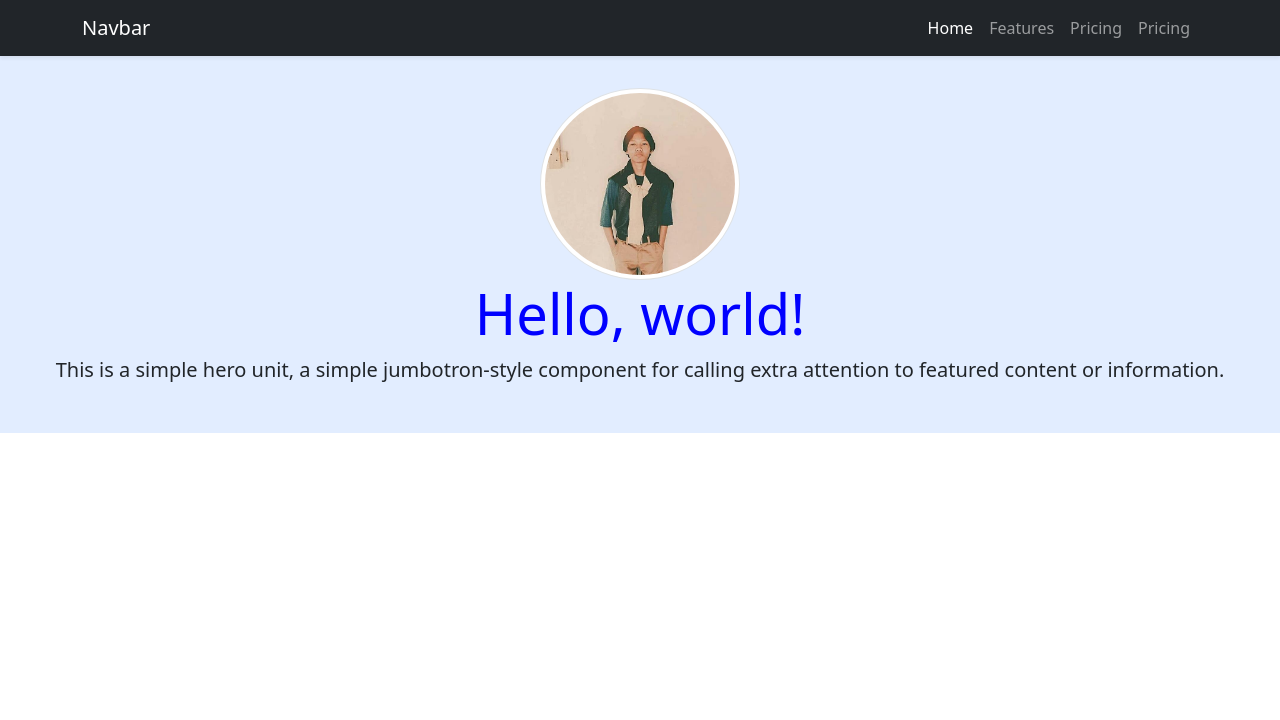
Repository: Novemberdad/gemilangtech.github.io
Page: index.html
An editor plug-in stored every save of this project. The page is shown before and after the next save, followed by the edit.
The browser window is 1280 px wide. The pictures show the whole page.

Above is the page before, as saved 2021-07-20 23:36:41.

### index.html
<!DOCTYPE html>
<html lang="en">

<head>
    <!-- Required meta tags -->
    <meta charset="utf-8" />
    <meta name="viewport" content="width=device-width, initial-scale=1" />

    <!-- Bootstrap CSS -->
    <link href="https://cdn.jsdelivr.net/npm/bootstrap@5.0.2/dist/css/bootstrap.min.css" rel="stylesheet" integrity="sha384-EVSTQN3/azprG1Anm3QDgpJLIm9Nao0Yz1ztcQTwFspd3yD65VohhpuuCOmLASjC" crossorigin="anonymous" />

    <!--My CSS-->
    <link rel="stylesheet" href="style.css" />
    <title>My Portofoliio</title>
    <style>
        h1 {
            text-align: center;
            color: blue;
        }
    </style>
</head>

<body>
    <!--NAVBAR-->
    <nav class="navbar navbar-expand-lg navbar-dark bg-dark shadow-sm">
        <div class="container">
            <a class="navbar-brand" href="#">Navbar</a>
            <button class="navbar-toggler" type="button" data-bs-toggle="collapse" data-bs-target="#navbarNav" aria-controls="navbarNav" aria-expanded="false" aria-label="Toggle navigation">
          <span class="navbar-toggler-icon"></span>
        </button>
            <div class="collapse navbar-collapse" id="navbarNav">
                <ul class="navbar-nav ms-auto">
                    <li class="nav-item">
                        <a class="nav-link active" aria-current="page" href="#">Home</a>
                    </li>
                    <li class="nav-item">
                        <a class="nav-link" href="#">Features</a>
                    </li>
                    <li class="nav-item">
                        <a class="nav-link" href="#">Pricing</a>
                    </li>
                    <li class="nav-item">
                        <a class="nav-link" href="#">Pricing</a>
                    </li>
                </ul>
            </div>
        </div>
    </nav>
    <!--AKHIR NAVBAR-->

    <!--jumbortron-->
    <section class="jumbotron text-center">
        <img src="image/logo.jpg" alt="logo" width="200" class="rounded-circle img-thumbnail" />
        <h1 class="display-4">Hello, world!</h1>
        <p class="lead">This is a simple hero unit, a simple jumbotron-style component for calling extra attention to featured content or information.</p>
    </section>
    <!--akhir jumbotron-->
    <script src="https://cdn.jsdelivr.net/npm/bootstrap@5.0.2/dist/js/bootstrap.bundle.min.js" integrity="sha384-MrcW6ZMFYlzcLA8Nl+NtUVF0sA7MsXsP1UyJoMp4YLEuNSfAP+JcXn/tWtIaxVXM" crossorigin="anonymous"></script>

    <!-- Option 2: Separate Popper and Bootstrap JS -->
    <!--
    <script src="https://cdn.jsdelivr.net/npm/@popperjs/core@2.9.2/dist/umd/popper.min.js" integrity="sha384-IQsoLXl5PILFhosVNubq5LC7Qb9DXgDA9i+tQ8Zj3iwWAwPtgFTxbJ8NT4GN1R8p" crossorigin="anonymous"></script>
    <script src="https://cdn.jsdelivr.net/npm/bootstrap@5.0.2/dist/js/bootstrap.min.js" integrity="sha384-cVKIPhGWiC2Al4u+LWgxfKTRIcfu0JTxR+EQDz/bgldoEyl4H0zUF0QKbrJ0EcQF" crossorigin="anonymous"></script>
    -->
</body>

</html>

### style.css
.jumbotron {
    padding: 2rem 1rem;
    background-color: #e2edff;
}

After the next save:
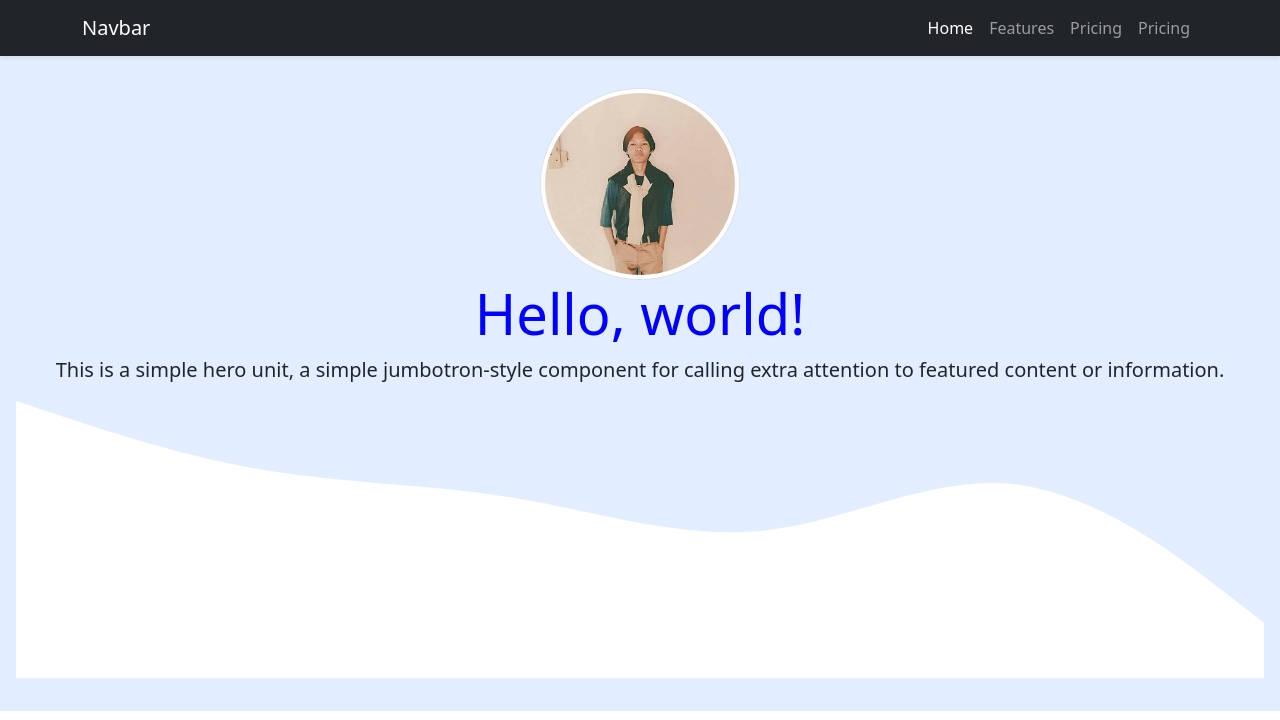
Saved 3 min 31 s later.
--- a/index.html
+++ b/index.html
@@ -53,6 +53,13 @@
         <img src="image/logo.jpg" alt="logo" width="200" class="rounded-circle img-thumbnail" />
         <h1 class="display-4">Hello, world!</h1>
         <p class="lead">This is a simple hero unit, a simple jumbotron-style component for calling extra attention to featured content or information.</p>
+        <svg xmlns="http://www.w3.org/2000/svg" viewBox="0 0 1440 320">
+        <path
+          fill="#ffffff"
+          fill-opacity="1"
+          d="M0,0L48,16C96,32,192,64,288,80C384,96,480,96,576,112C672,128,768,160,864,149.3C960,139,1056,85,1152,96C1248,107,1344,181,1392,218.7L1440,256L1440,320L1392,320C1344,320,1248,320,1152,320C1056,320,960,320,864,320C768,320,672,320,576,320C480,320,384,320,288,320C192,320,96,320,48,320L0,320Z"
+        ></path>
+      </svg>
     </section>
     <!--akhir jumbotron-->
     <script src="https://cdn.jsdelivr.net/npm/bootstrap@5.0.2/dist/js/bootstrap.bundle.min.js" integrity="sha384-MrcW6ZMFYlzcLA8Nl+NtUVF0sA7MsXsP1UyJoMp4YLEuNSfAP+JcXn/tWtIaxVXM" crossorigin="anonymous"></script>
